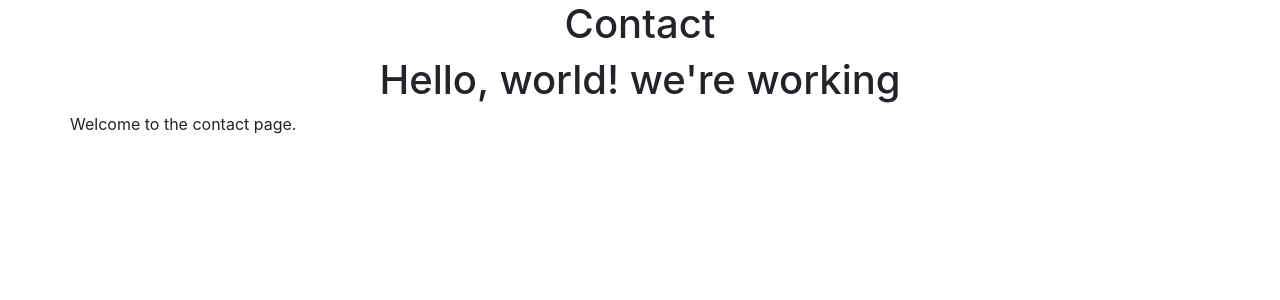
Repository: mjmaix/django101
Page: http://localhost/contact/
An editor plug-in stored every save of this project. The page is shown before and after the next save, followed by the edit.
The browser window is 1280 px wide. The pictures show the whole page.
Some web libraries are served in a nearby version. The page is served by the project's application, run on Django 2.2 (ecommerce/src/manage.py). Other server files are loaded and not shown.

Above is the page before, as saved 2018-03-31 22:36:54.

### ecommerce/src/ecommerce/views.py
from django.http import HttpResponse
from django.shortcuts import render

def home_page(request):
    context = {
        "title":"Hello World!",
        "content":"Welcome to the homepage."
    }
    return render(request, "home_page.html", context)

def about_page(request):
    context = {
        "title":"About",
        "content":"Welcome to the about page."
    }
    return render(request, "home_page.html", context)

def contact_page(request):
    context = {
        "title":"Contact",
        "content":"Welcome to the contact page."
    }
    return render(request, "contact/view.html", context)

### ecommerce/src/templates/contact/view.html
<!doctype html>
<html lang="en">
<head>
    <!-- Required meta tags -->
    <meta charset="utf-8">
    <meta name="viewport" content="width=device-width, initial-scale=1, shrink-to-fit=no">

    <!-- Bootstrap CSS -->
    <link rel="stylesheet" href="https://maxcdn.bootstrapcdn.com/bootstrap/4.0.0/css/bootstrap.min.css" integrity="sha384-Gn5384xqQ1aoWXA+058RXPxPg6fy4IWvTNh0E263XmFcJlSAwiGgFAW/dAiS6JXm" crossorigin="anonymous">

    <title>Hello, world!</title>
</head>
<body>
    <dive class='text-center'>
        <h1>{{ title }}</h1>
        <h1>Hello, world! we're working</h1>
    </div>

    <div class='container'>
        <div class='row'>
            <div class='column'>
                <p>{{ content }}</p>
            </div>
        </div>
    </div>

    <!-- Optional JavaScript -->
    <!-- jQuery first, then Popper.js, then Bootstrap JS -->
    <script src="https://code.jquery.com/jquery-3.2.1.slim.min.js" integrity="sha384-KJ3o2DKtIkvYIK3UENzmM7KCkRr/rE9/Qpg6aAZGJwFDMVNA/GpGFF93hXpG5KkN" crossorigin="anonymous"></script>
    <script src="https://cdnjs.cloudflare.com/ajax/libs/popper.js/1.12.9/umd/popper.min.js" integrity="sha384-ApNbgh9B+Y1QKtv3Rn7W3mgPxhU9K/ScQsAP7hUibX39j7fakFPskvXusvfa0b4Q" crossorigin="anonymous"></script>
    <script src="https://maxcdn.bootstrapcdn.com/bootstrap/4.0.0/js/bootstrap.min.js" integrity="sha384-JZR6Spejh4U02d8jOt6vLEHfe/JQGiRRSQQxSfFWpi1MquVdAyjUar5+76PVCmYl" crossorigin="anonymous"></script>
</body>
</html>

### ecommerce/src/ecommerce/urls.py
"""ecommerce URL Configuration

The `urlpatterns` list routes URLs to views. For more information please see:
    https://docs.djangoproject.com/en/1.11/topics/http/urls/
Examples:
Function views
    1. Add an import:  from my_app import views
    2. Add a URL to urlpatterns:  url(r'^$', views.home, name='home')
Class-based views
    1. Add an import:  from other_app.views import Home
    2. Add a URL to urlpatterns:  url(r'^$', Home.as_view(), name='home')
Including another URLconf
    1. Import the include() function: from django.conf.urls import url, include
    2. Add a URL to urlpatterns:  url(r'^blog/', include('blog.urls'))
"""
from django.conf.urls import url
from django.contrib import admin

from .views import home_page, about_page, contact_page

urlpatterns = [
    url(r'^$', home_page),
    url(r'^about/$', about_page),
    url(r'^contact/$', contact_page),
    url(r'^admin/', admin.site.urls),
]

After the next save:
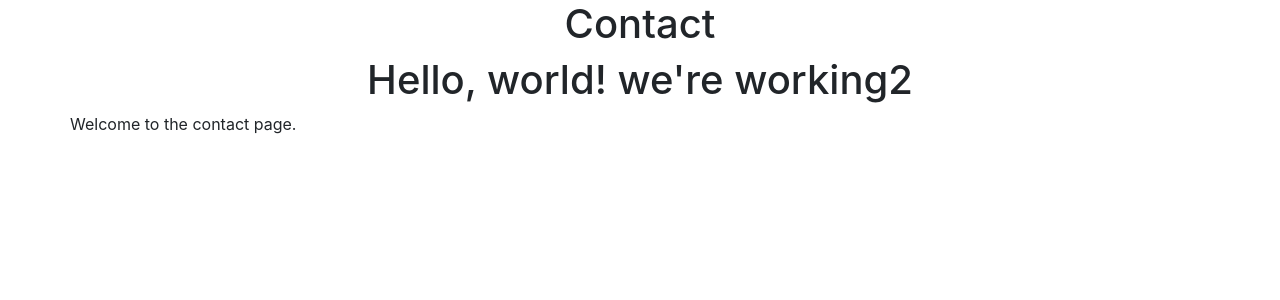
Saved 18 s later.
--- a/ecommerce/src/templates/contact/view.html
+++ b/ecommerce/src/templates/contact/view.html
@@ -13,7 +13,7 @@
 <body>
     <dive class='text-center'>
         <h1>{{ title }}</h1>
-        <h1>Hello, world! we're working</h1>
+        <h1>Hello, world! we're working2</h1>
     </div>
 
     <div class='container'>

After the save that followed:
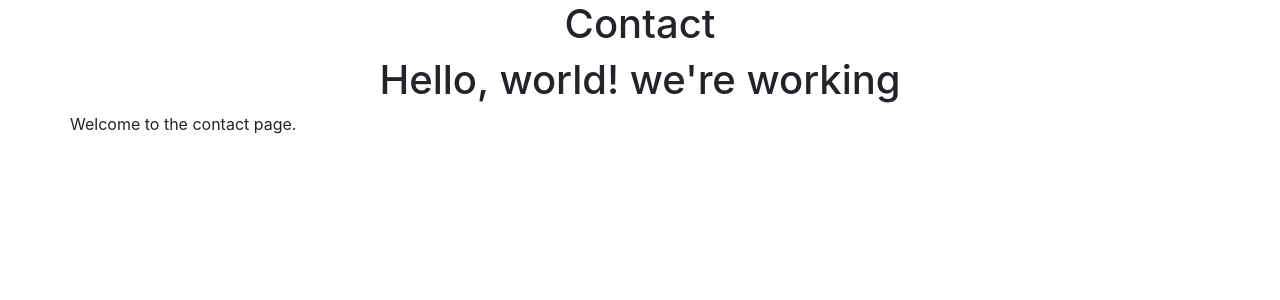
Saved 7 s later.
--- a/ecommerce/src/templates/contact/view.html
+++ b/ecommerce/src/templates/contact/view.html
@@ -13,7 +13,7 @@
 <body>
     <dive class='text-center'>
         <h1>{{ title }}</h1>
-        <h1>Hello, world! we're working2</h1>
+        <h1>Hello, world! we're working</h1>
     </div>
 
     <div class='container'>
